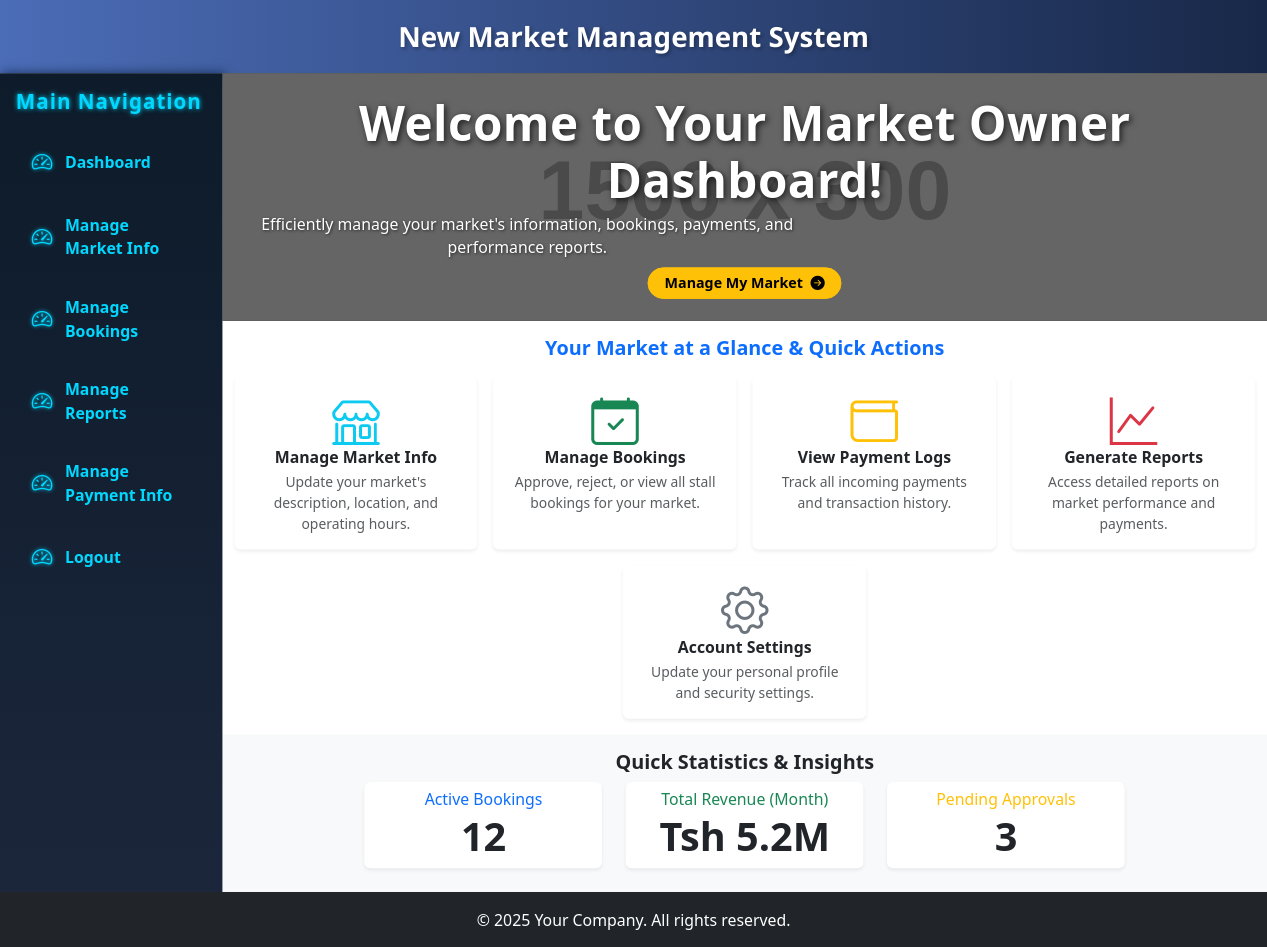
Repository: AbdulqadirSaid/react-market-front-end
Page: /owner-dash
An editor plug-in stored every save of this project. The page is shown before and after the next save, followed by the edit.
The browser window is 1280 px wide. The pictures show the whole page, at 99% of full size.
The project was rebuilt for these pictures with package versions that can differ from the ones it lists, and the page was loaded fresh each time. Also part of the build but not shown: src/index.css, src/LoginForm.js, src/App.css, src/admin/AdminDashboard.js, src/admin/ManageCustomers.js, src/admin/ManageMarketOwner.js, src/admin/GenerateReport.js, src/admin/AccountSetting.js and 10 more.

Above is the page before, as saved 2025-06-03 15:13:35.

### src/index.js
import React from 'react';
import ReactDOM from 'react-dom/client';
import './index.css';
import App from './App';
import reportWebVitals from './reportWebVitals';
import { BrowserRouter } from 'react-router-dom';


const root = ReactDOM.createRoot(document.getElementById('root'));
root.render(
  <React.StrictMode>
    <BrowserRouter>
        <App />
    </BrowserRouter>
  </React.StrictMode>
);

// If you want to start measuring performance in your app, pass a function
// to log results (for example: reportWebVitals(console.log))
// or send to an analytics endpoint. Learn more: https://bit.ly/CRA-vitals
reportWebVitals();

### src/App.js
import LoginForm from "./LoginForm";
import "./../node_modules/bootstrap/dist/css/bootstrap.min.css";
import "./App.css";
import { Route, Routes } from "react-router-dom";

//ADMIN-RELATED COMPONENTS//
import AdminDash from "./admin/AdminDashboard";
import ManageCustomers from "./admin/ManageCustomers";
import ManageMarketOwners from "./admin/ManageMarketOwner";
import GenerateReport from "./admin/GenerateReport";
import AccountSettings from "./admin/AccountSetting";


//OWNER-RELATED COMPONENTS//
import OwnerDash from "./owner/OwnerDashboard";
import ManageMarketInfo from "./owner/ManageMarketInfo";
import ManageBookings from "./owner/ManageBookings";
import ManageReports from "./owner/ManageReports";
import ManagePaymentInfo from "./owner/ManagePaymentInfo";


//CUSTOMER-RELATED COMPONENTS//
import CustomerDash from "./customer/CustomerDashboard";
import BrowseMarket from "./customer/BrowseMarket";
import BookingForm from "./customer/BookingForm";
import BookingInfo from "./customer/BookingInfo";
import ManagePayment from "./customer/ManagePayment";
import SystemSetting from "./customer/SystemSetting";


function App() {
  return (
    // <><LoginForm />
    // <Dashboard/>
    // </>

    <Routes>
      <Route path="/" element={<LoginForm />} />

      {/* Admin */}
      <Route path="/admin-dash" element={<AdminDash />} />
      <Route path="/manage-customer" element={<ManageCustomers />} />
      <Route path="/market-owner" element={<ManageMarketOwners />} />
      <Route path="/generate-report" element={<GenerateReport />} />
      <Route path="/account-setting" element={<AccountSettings/>} />


      {/* Owner */}
      <Route path="/owner-dash" element={<OwnerDash />} />
      <Route path="/market-info" element={<ManageMarketInfo />} />
      <Route path="/manage-bookings" element={<ManageBookings />} />
      <Route path="/manage-reports" element={<ManageReports/>} />
      <Route path="/payment-info" element={<ManagePaymentInfo/>} />


      {/* Customer  */}

      <Route path="/dashboard" element={<CustomerDash />} />
      <Route path="/browse-market" element={<BrowseMarket />} />
      <Route path="/booking" element={<BookingForm />} />
      <Route path="/booking-info" element={<BookingInfo />} />
      <Route path="/manage-payment" element={<ManagePayment />} />
      <Route path="/system-setting" element={<SystemSetting />} />
    </Routes>
  );
}

export default App;

### src/owner/OwnerDashboard.js
// src/owner/OwnerDashboard.js
import React from "react";
import Header from "../components/Header";
import Sidebar from "../components/Sidebar";
import Footer from "../components/Footer";
import { NavLink, Outlet } from "react-router-dom";

const Dashboard = () => {

  return (
    <div className="d-flex flex-column min-vh-100">
      <Header userRole="Owner" />
      <div className="d-flex flex-grow-1">
        <Sidebar userRole="Owner" />
        <main className="flex-grow-1" style={{ backgroundColor: "#f8f9fa" }}>
          {/* Hero Section: Main Welcome for Market Owners - Reduced padding, font sizes */}
          <section
            className="py-3 text-center text-white bg-dark position-relative overflow-hidden" // py-3 instead of py-4
            style={{
              backgroundImage:
                'url("https://via.placeholder.com/1500x300/343a40/ffffff?text=Your+Marketplace+Hub")', // Shorter placeholder image
              backgroundSize: "cover",
              backgroundPosition: "center",
              minHeight: "250px", // Reduced minHeight
              display: "flex",
              alignItems: "center",
              justifyContent: "center",
              flexDirection: "column",
              boxShadow: "inset 0 0 0 2000px rgba(0, 0, 0, 0.5)",
            }}
          >
            <div className="container px-2"> {/* px-2 instead of px-3 */}
              <h1
                className="display-5 fw-bold mb-1 animate__animated animate__fadeInDown" // display-5 instead of display-4, mb-1 instead of mb-2
                style={{
                  textShadow: "2px 2px 6px rgba(0,0,0,0.7)", // Smaller text shadow
                  letterSpacing: "0.5px", // Smaller letter spacing
                }}
              >
                Welcome to Your Market Owner Dashboard!
              </h1>
              <p
                className="lead fs-6 mb-2 px-2 animate__animated animate__fadeInUp" // fs-6 instead of fs-5, mb-2 instead of mb-3, px-2
                style={{
                  textShadow: "1px 1px 3px rgba(0,0,0,0.6)", // Smaller text shadow
                  maxWidth: "600px", // Reduced max-width
                }}
              >
                Efficiently manage your market's information, bookings, payments, and performance reports.
              </p>
              <NavLink
                to="/owner-dash/manage-market-info"
                className="btn btn-warning btn-sm px-3 py-1 rounded-pill fw-bold animate__animated animate__zoomIn" // btn-sm, px-3, py-1
                style={{ fontSize: "0.9rem", animationDelay: "0.5s" }} // Smaller font size
              >
                Manage My Market <i className="bi bi-arrow-right-circle-fill ms-1"></i> {/* ms-1 */}
              </NavLink>
            </div>
          </section>

          {/* Quick Actions / Market Overview Section for Owners - Reduced padding, smaller cards */}
          <section className="py-3 bg-white"> {/* py-3 instead of py-4 */}
            <div className="container">
              <h3 className="h5 fw-bold text-center text-primary mb-3">Your Market at a Glance & Quick Actions</h3> {/* h5 instead of h4, mb-3 */}
              <div className="row g-3 justify-content-center"> {/* g-3 instead of g-4 */}
                {/* Card 1: Manage Market Info */}
                <div className="col-md-4 col-lg-3 animate__animated animate__fadeInUp"> {/* Adjusted column size for more compactness */}
                  <NavLink to="/owner-dash/manage-market-info" className="card h-100 shadow-sm border-0 text-decoration-none text-dark hover-shadow-lg">
                    <div className="card-body text-center p-3"> {/* p-3 instead of p-4 */}
                      <i className="bi bi-shop display-5 text-info mb-2"></i> {/* display-5 instead of display-4, mb-2 */}
                      <h5 className="card-title fw-bold mb-1 fs-6">Manage Market Info</h5> {/* fs-6, mb-1 */}
                      <p className="card-text small text-muted text-truncate-2">Update your market's description, location, and operating hours.</p> {/* text-truncate-2 (custom class for 2 lines) */}
                    </div>
                  </NavLink>
                </div>
                {/* Card 2: Manage Bookings */}
                <div className="col-md-4 col-lg-3 animate__animated animate__fadeInUp" style={{ animationDelay: '0.2s' }}>
                  <NavLink to="/owner-dash/manage-bookings" className="card h-100 shadow-sm border-0 text-decoration-none text-dark hover-shadow-lg">
                    <div className="card-body text-center p-3">
                      <i className="bi bi-calendar-check display-5 text-success mb-2"></i>
                      <h5 className="card-title fw-bold mb-1 fs-6">Manage Bookings</h5>
                      <p className="card-text small text-muted text-truncate-2">Approve, reject, or view all stall bookings for your market.</p>
                    </div>
                  </NavLink>
                </div>
                {/* Card 3: View Payment Info */}
                <div className="col-md-4 col-lg-3 animate__animated animate__fadeInUp" style={{ animationDelay: '0.4s' }}>
                  <NavLink to="/owner-dash/payment-info" className="card h-100 shadow-sm border-0 text-decoration-none text-dark hover-shadow-lg">
                    <div className="card-body text-center p-3">
                      <i className="bi bi-wallet display-5 text-warning mb-2"></i>
                      <h5 className="card-title fw-bold mb-1 fs-6">View Payment Logs</h5>
                      <p className="card-text small text-muted text-truncate-2">Track all incoming payments and transaction history.</p>
                    </div>
                  </NavLink>
                </div>
                {/* Card 4: Generate Reports */}
                <div className="col-md-4 col-lg-3 animate__animated animate__fadeInUp" style={{ animationDelay: '0.6s' }}>
                  <NavLink to="/owner-dash/generate-reports" className="card h-100 shadow-sm border-0 text-decoration-none text-dark hover-shadow-lg">
                    <div className="card-body text-center p-3">
                      <i className="bi bi-graph-up display-5 text-danger mb-2"></i>
                      <h5 className="card-title fw-bold mb-1 fs-6">Generate Reports</h5>
                      <p className="card-text small text-muted text-truncate-2">Access detailed reports on market performance and payments.</p>
                    </div>
                  </NavLink>
                </div>
                {/* Card 5: Account Settings */}
                <div className="col-md-4 col-lg-3 animate__animated animate__fadeInUp" style={{ animationDelay: '0.8s' }}>
                  <NavLink to="/owner-dash/account-settings" className="card h-100 shadow-sm border-0 text-decoration-none text-dark hover-shadow-lg">
                    <div className="card-body text-center p-3">
                      <i className="bi bi-gear display-5 text-secondary mb-2"></i>
                      <h5 className="card-title fw-bold mb-1 fs-6">Account Settings</h5>
                      <p className="card-text small text-muted text-truncate-2">Update your personal profile and security settings.</p>
                    </div>
                  </NavLink>
                </div>
              </div>
            </div>
          </section>

          {/* Quick Statistics & Insights - Reduced padding, font sizes */}
          <section className="py-3 bg-light text-center"> {/* py-3 */}
            <div className="container">
              <h3 className="h5 fw-bold mb-2 text-dark">Quick Statistics & Insights</h3> {/* h5, mb-2 */}
              <div className="row justify-content-center">
                <div className="col-md-6 col-lg-3 mb-2"> {/* mb-2 */}
                  <div className="p-2 bg-white rounded shadow-sm"> {/* p-2 */}
                    <h5 className="mb-1 text-primary fs-6">Active Bookings</h5> {/* fs-6 */}
                    <p className="display-6 fw-bold mb-0">12</p>
                  </div>
                </div>
                <div className="col-md-6 col-lg-3 mb-2">
                  <div className="p-2 bg-white rounded shadow-sm">
                    <h5 className="mb-1 text-success fs-6">Total Revenue (Month)</h5>
                    <p className="display-6 fw-bold mb-0">Tsh 5.2M</p> {/* Shortened */}
                  </div>
                </div>
                <div className="col-md-6 col-lg-3 mb-2">
                  <div className="p-2 bg-white rounded shadow-sm">
                    <h5 className="mb-1 text-warning fs-6">Pending Approvals</h5>
                    <p className="display-6 fw-bold mb-0">3</p>
                  </div>
                </div>
              </div>
            </div>
          </section>

          <Outlet />

        </main>
      </div>
      <Footer />
    </div>
  );
};

export default Dashboard;

### src/components/Header.js
import React from 'react';

const Header = () => {
  return (
    <header
      style={{
        background: 'linear-gradient(90deg, #4b6cb7 0%, #182848 100%)',
        boxShadow: '0 4px 12px rgba(24, 40, 72, 0.6)',
        padding: '1.25rem 2rem',
        color: '#ffffff',
      }}
    >
      <div className="container-fluid d-flex align-items-center justify-content-center">
        <h1
          style={{
            fontWeight: '700',
            fontSize: '1.75rem',
            fontFamily: '"Segoe UI", Tahoma, Geneva, Verdana, sans-serif',
            textShadow: '2px 2px 4px rgba(0,0,0,0.3)',
            marginBottom: 0,
          }}
        >
          New Market Management System
        </h1>
      </div>
    </header>
  );
};

export default Header;

### src/components/Sidebar.js
import React from 'react';
import { Link } from 'react-router-dom';
import 'bootstrap-icons/font/bootstrap-icons.css';
import links from './Links';

const Sidebar = ({ userRole = 'Owner' }) => {
  const roleLinks = links[userRole] || [];

  const getIconClass = (iconName) => {
    switch (iconName) {
      case 'dashboard':
        return 'bi-speedometer2';
      case 'users':
        return 'bi-people-fill';
      case 'settings':
        return 'bi-gear-fill';
      case 'reports':
        return 'bi-bar-chart-line-fill';
      case 'box-seam':
        return 'bi-box-seam';
      default:
        return 'bi-circle';
    }
  };

  return (
    <nav
      style={{
        width: '240px',
        minHeight: 'calc(100vh - 112px)',
        background: 'linear-gradient(180deg, #0d1b2a 0%, #1b263b 100%)',
        boxShadow: '2px 0 10px rgba(11, 38, 71, 0.8)',
        padding: '1rem',
        display: 'flex',
        flexDirection: 'column',
      }}
    >
      <h5
        style={{
          fontWeight: '700',
          fontSize: '1.3rem',
          color: '#00d8ff',
          marginBottom: '1.5rem',
          letterSpacing: '1px',
          textShadow: '0 0 5px #00d8ff',
        }}
      >
        Main Navigation
      </h5>
      <ul style={{ listStyle: 'none', padding: 0, margin: 0, flexGrow: 1 }}>
        {roleLinks.map((linkItem, index) => (
          <li key={index} style={{ marginBottom: '1rem' }}>
            <Link
              to={linkItem.path}
              style={{
                display: 'flex',
                alignItems: 'center',
                textDecoration: 'none',
                color: '#00d8ff',
                fontWeight: '600',
                padding: '0.6rem 1rem',
                borderRadius: '8px',
                transition: 'background-color 0.3s ease, color 0.3s ease',
                fontSize: '1rem',
              }}
              onMouseEnter={e => {
                e.currentTarget.style.backgroundColor = '#ffffff'; // Change background to white
                e.currentTarget.style.color = '#0d1b2a'; // Change text color to dark blue
              }}
              onMouseLeave={e => {
                e.currentTarget.style.backgroundColor = 'transparent'; // Reset background
                e.currentTarget.style.color = '#00d8ff'; // Reset text color
              }}
            >
              <i
                className={`bi ${getIconClass(linkItem.icon)}`}
                style={{ fontSize: '1.3rem', marginRight: '0.8rem', textShadow: '0 0 4px #00d8ff' }}
              />
              {linkItem.label}
            </Link>
          </li>
        ))}
      </ul>
    </nav>
  );
};

export default Sidebar;

### src/components/Footer.js
import React from 'react';

const Footer = () => {
  return (
    <footer className="bg-dark text-white text-center p-3">
      <p className="mb-0">© 2025 Your Company. All rights reserved.</p>
    </footer>
  );
};

export default Footer;

### src/components/Links.js
const links = {

    Admin:[
        { label: 'Dashboard', path: '/admin-dash', icon: 'dashboard' },
        { label: 'Manage Customers', path: '/manage-customer', icon: 'dashboard' },
        { label: 'Manage Market Owner', path: '/market-owner', icon: 'dashboard' },
        { label: 'Generate Report', path: '/generate-report', icon: 'dashboard' },
        { label: 'Account Setting', path: '/account-setting', icon: 'dashboard' },
        {label:'Logout', path:'/logout', icon: 'dashboard'},



    ],

    Owner:[
        { label:'Dashboard', path: '/owner-dash', icon: 'dashboard' },
        { label:'Manage Market Info', path: '/market-info', icon: 'dashboard' },
        { label:'Manage Bookings', path: '/manage-bookings', icon: 'dashboard' },
         { label:'Manage Reports', path: '/manage-reports', icon: 'dashboard' },
           { label: 'Manage Payment Info', path: '/payment-info', icon: 'dashboard' },
            {label:'Logout', path:'/logout', icon: 'dashboard'},

    ],

    Customer:[
        {label:'Dashboard ', path:'/dashboard', icon: 'dashboard'},
        {label:'Browse Market', path:'/browse-market', icon: 'dashboard'},
        {label:'Booking Info', path:'/booking-info', icon: 'dashboard'},
        {label:'Manage Payment', path:'/manage-payment', icon: 'dashboard'},
        {label:'System Setting', path:'/system-setting', icon: 'dashboard'},
        {label:'Logout', path:'/logout', icon: 'dashboard'},

    ]

}

export default links;

Loaded but not shown: public/index.html (common file); src/reportWebVitals.js (common file)

After the next save:
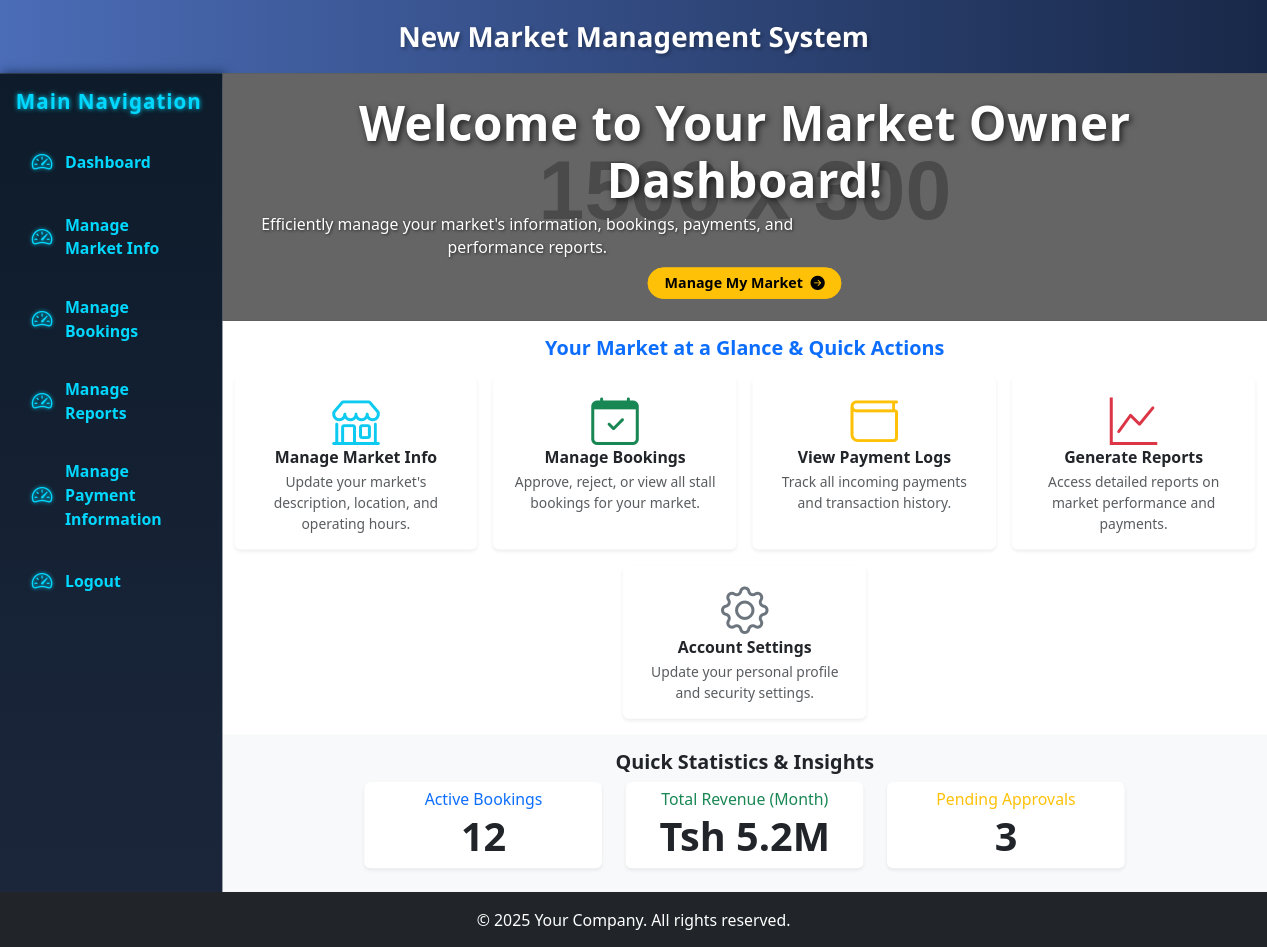
Saved 4 s later.
--- a/src/components/Links.js
+++ b/src/components/Links.js
@@ -17,7 +17,7 @@ const links = {
         { label:'Manage Market Info', path: '/market-info', icon: 'dashboard' },
         { label:'Manage Bookings', path: '/manage-bookings', icon: 'dashboard' },
          { label:'Manage Reports', path: '/manage-reports', icon: 'dashboard' },
-           { label: 'Manage Payment Info', path: '/payment-info', icon: 'dashboard' },
+           { label: 'Manage Payment Information', path: '/payment-info', icon: 'dashboard' },
             {label:'Logout', path:'/logout', icon: 'dashboard'},
 
     ],
